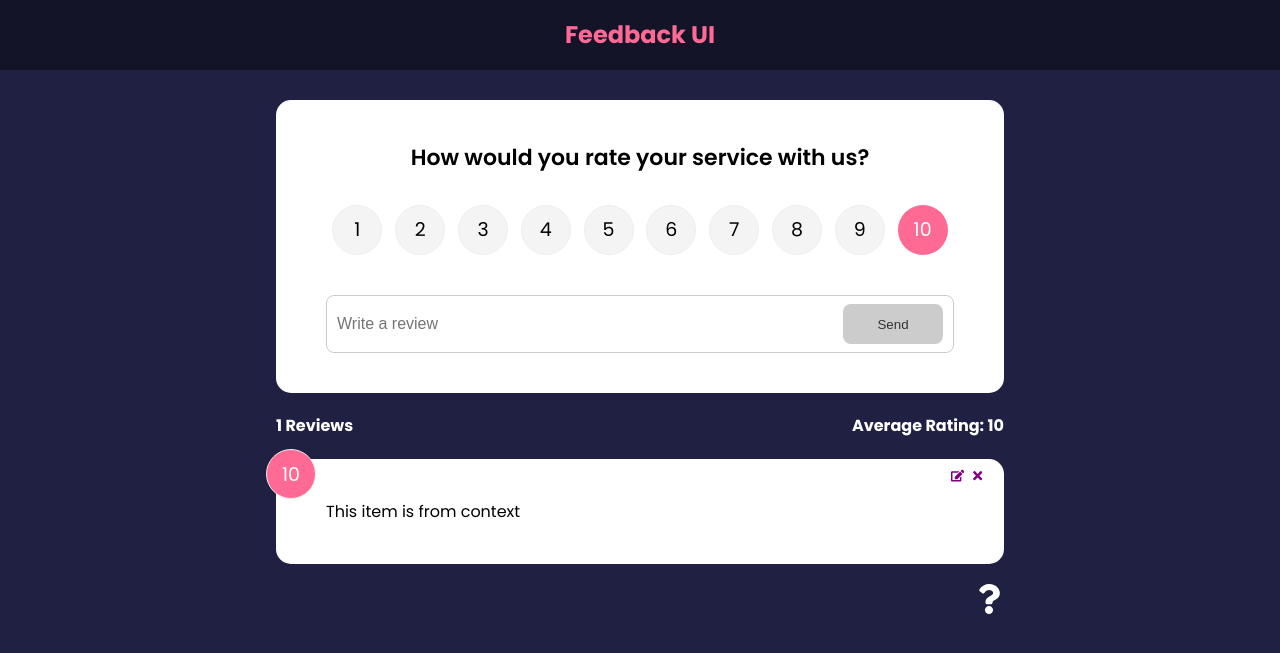
Repository: minhtien9/Feedback_App
Page: /
The author's editor kept a copy of each file at every save. The page is drawn from the files as they stood at one save, then again after the next save.
The browser window is 1280 px wide. The pictures show the whole page.
The project was rebuilt for these pictures with package versions that can differ from the ones it lists, and the page was loaded fresh each time. Also part of the build but not shown: src/pages/AboutPage.jsx.

Above is the page before, as saved 2022-02-19 14:15:12.

After the next save:
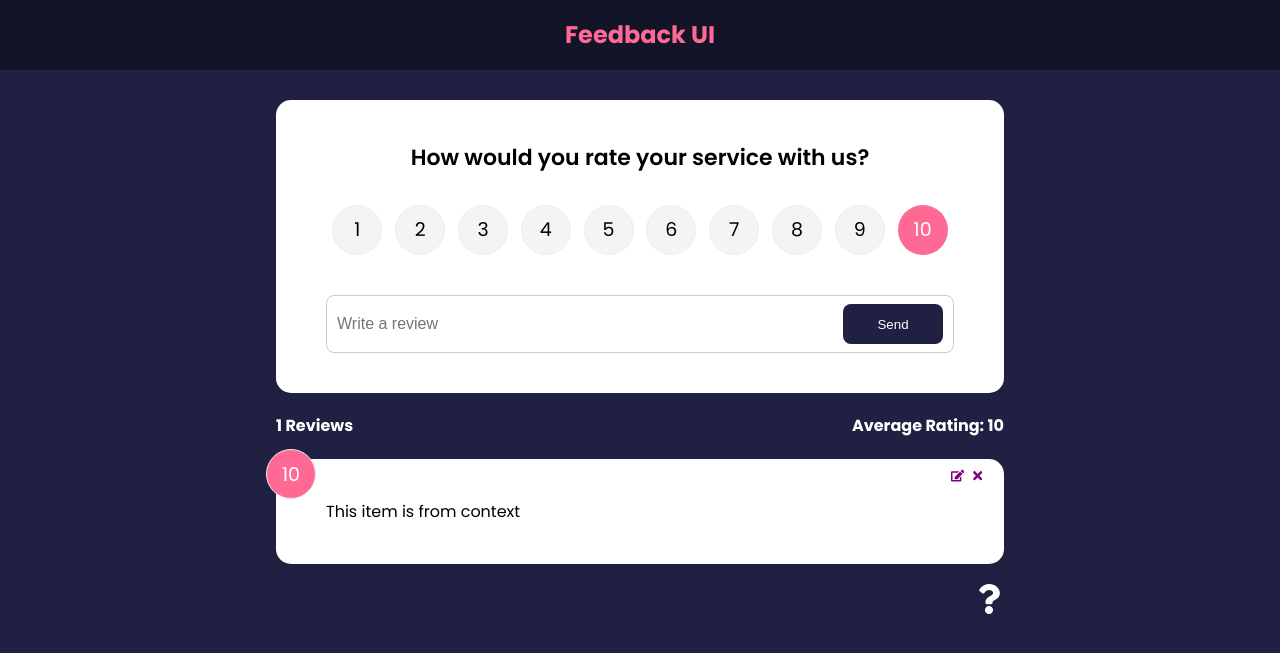
Saved 32 s later.
--- a/src/components/FeedbackForm.jsx
+++ b/src/components/FeedbackForm.jsx
@@ -13,7 +13,10 @@
     const [message, setMessage] = useState('')
     const [rating, setRating] = useState(10)
 
-    useEffect(() => {}, [feedbackEdit])
+    useEffect(() => {
+        setBtnDisabled(false)
+        setText()
+    }, [feedbackEdit])
 
     const handleTextChange = (e) => {
         if (text === '') {

After the save that followed:
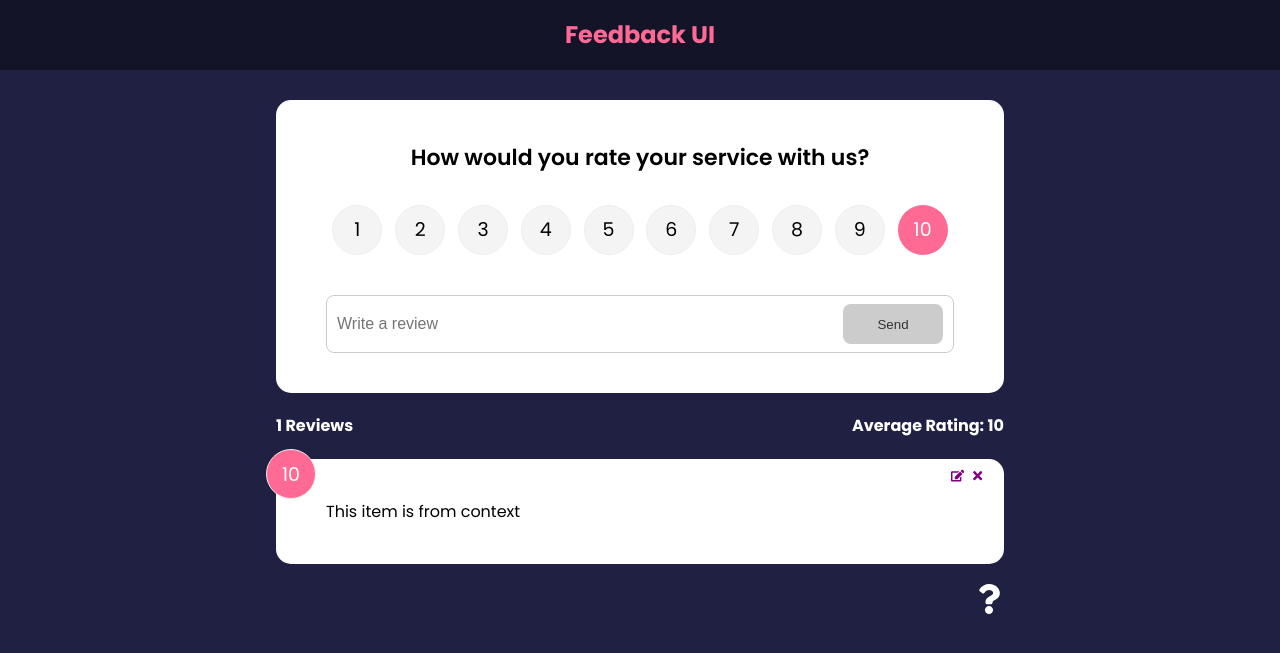
Saved 49 s later.
--- a/src/components/FeedbackForm.jsx
+++ b/src/components/FeedbackForm.jsx
@@ -14,8 +14,11 @@
     const [rating, setRating] = useState(10)
 
     useEffect(() => {
-        setBtnDisabled(false)
-        setText()
+        if (feedbackEdit.edit === true) {
+            setBtnDisabled(false)
+            setText(feedbackEdit.item.text)
+            setRating(feedbackEdit.item.rating)
+        }
     }, [feedbackEdit])
 
     const handleTextChange = (e) => {
